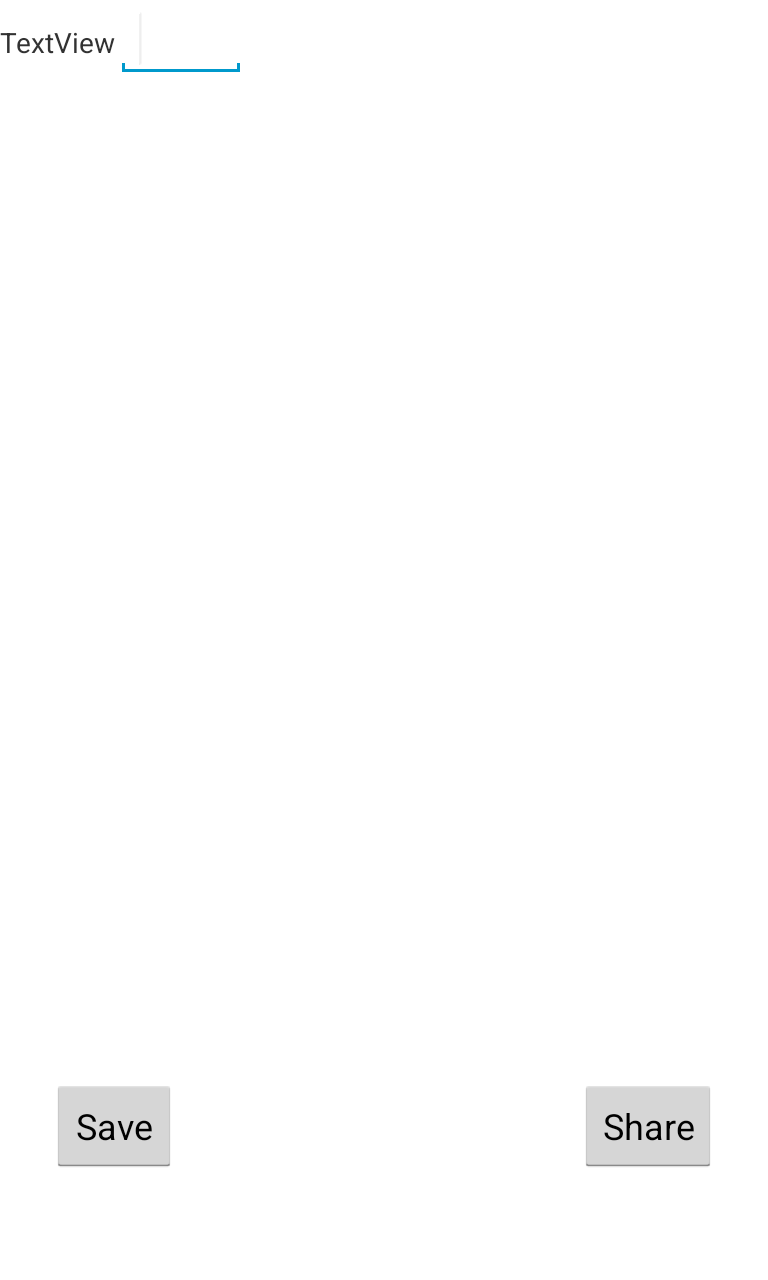
Repository: yj354/alwaysonworkspace
Layout: ListyTasky001/res/layout/activity_2_0.xml
An editor plug-in stored every save of this project. The layout is shown before and after the next save, followed by the edit.
It is drawn on a 768 x 1280 px phone screen (xhdpi) without system bars, with theme AppTheme; the app's code is not run.

Above is the layout before, as saved 2014-03-06 04:45:19.

After the next save:
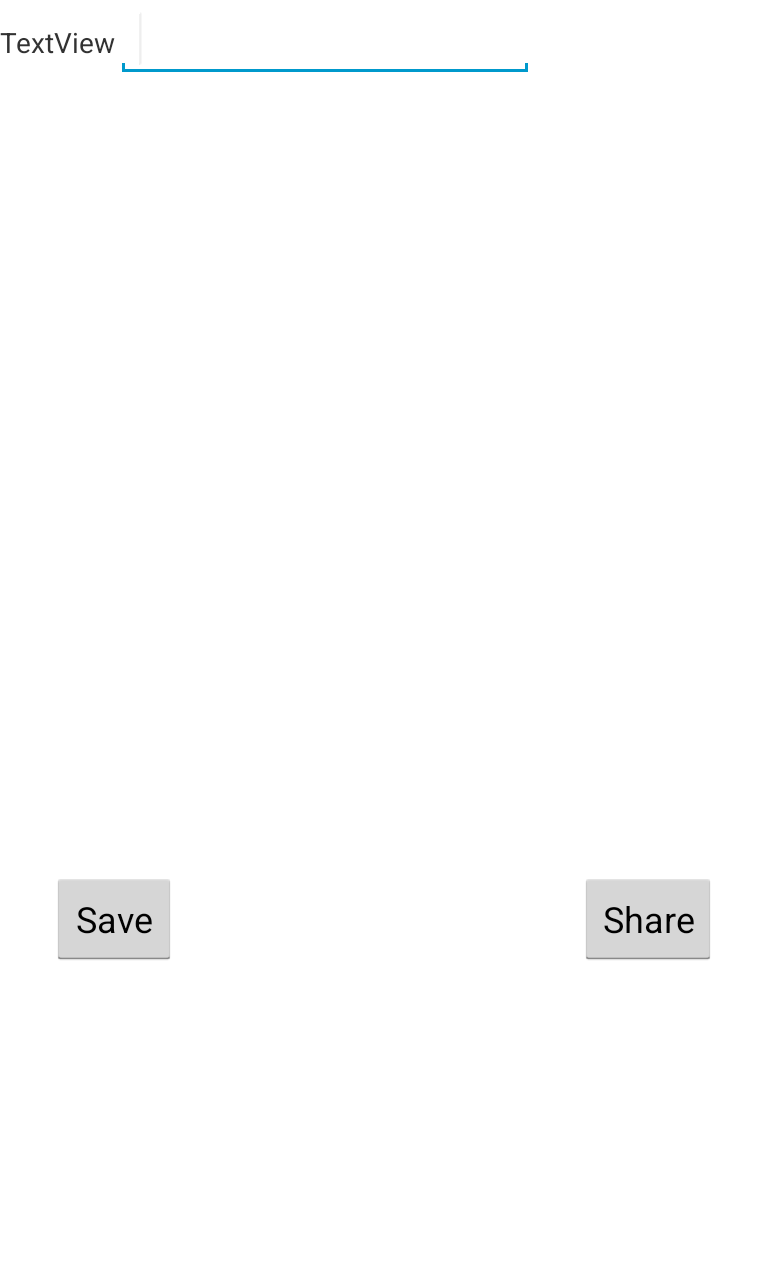
Saved 6 min 40 s later.
--- a/ListyTasky001/res/layout/activity_2_0.xml
+++ b/ListyTasky001/res/layout/activity_2_0.xml
@@ -20,18 +20,18 @@
 
         <EditText
             android:id="@+id/editText2.0"
-            android:layout_width="66dp"
+            android:layout_width="wrap_content"
             android:layout_height="wrap_content"
             android:ems="10" >
-
             <requestFocus />
         </EditText>
+
     </LinearLayout>
 
     <RelativeLayout
         android:layout_width="match_parent"
         android:layout_height="wrap_content"
-        android:layout_weight="0.04"
+        android:layout_weight="0.15"
         android:layoutMode="opticalBounds"
         android:orientation="horizontal" >
 
